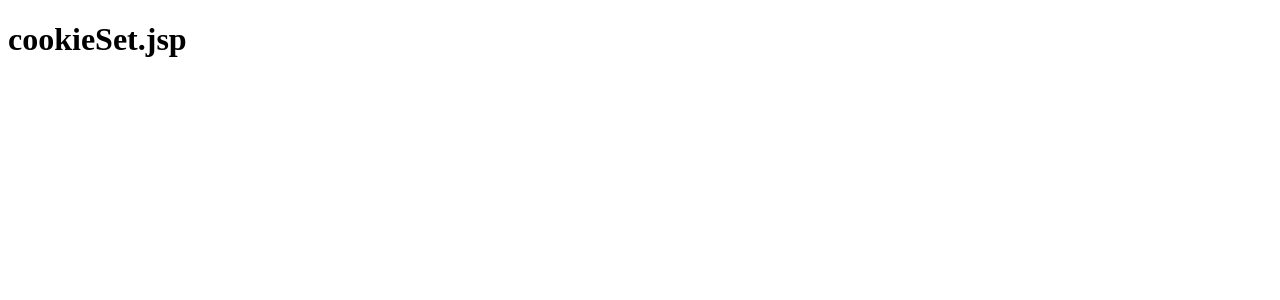
Repository: HeeYoung9/young9
Page: http://localhost/JSP7/jsp/cookieSet.jsp
These files come from the project's save history. The page is drawn as it stood at one moment and after the next save; the edit follows.
The browser window is 1280 px wide. The pictures show the whole page.
The page is served by Tomcat 9.

Above is the page before, as saved 2023-08-24 07:23:08.

After the next save:
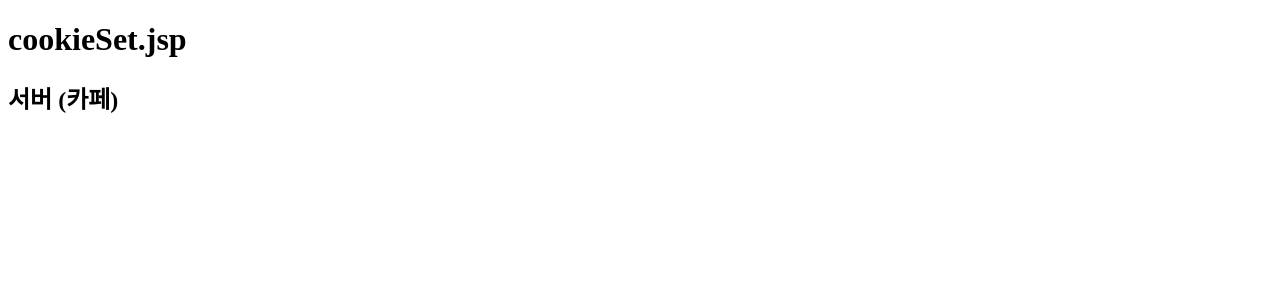
Saved 1 s later.
--- a/JSP7/src/main/webapp/jsp/cookieSet.jsp
+++ b/JSP7/src/main/webapp/jsp/cookieSet.jsp
@@ -8,6 +8,7 @@
 </head>
 <body>
 <h1>cookieSet.jsp</h1>
+<h2> 서버  (카페)</h2>
 
 </body>
 </html>
